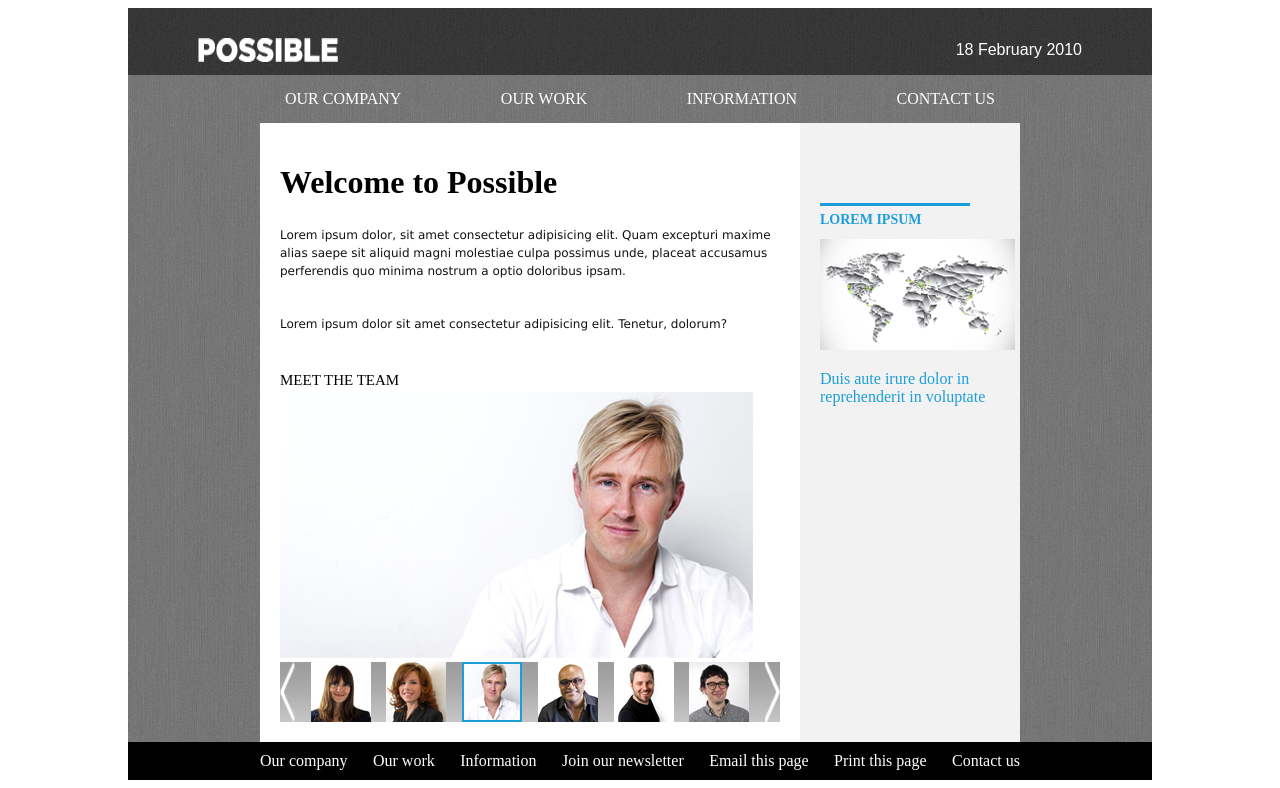
Repository: grzegorzgebala/possible-site
Page: index.html
These files come from the project's save history. The page is drawn as it stood at one moment and after the next save; the edit follows.
The browser window is 1280 px wide. The pictures show the whole page.
The style sheet was rebuilt from its Sass, Less or Tailwind sources for each picture, by a compiler version that may differ from the author's.

Above is the page before, as saved 2020-02-15 23:25:14.

After the next save:
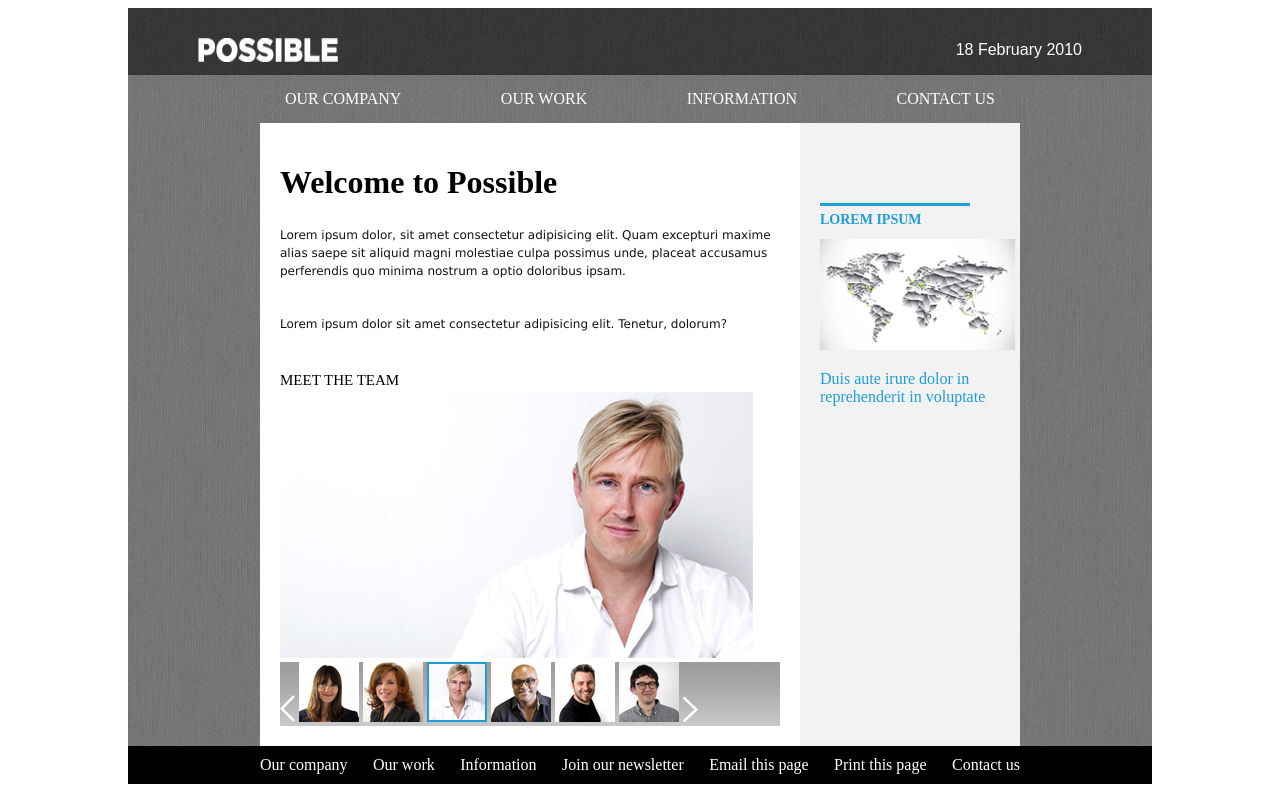
Saved 10 min 50 s later.
--- a/sass/style.scss
+++ b/sass/style.scss
@@ -93,8 +93,8 @@ header {
         .carousele {
             overflow: hidden;
             background-image: url("/images/carouseleBackground.png");
-            display: flex;
-            justify-content: space-between;
+            // display: flex;
+            // justify-content: space-between;
         }
     }
 
